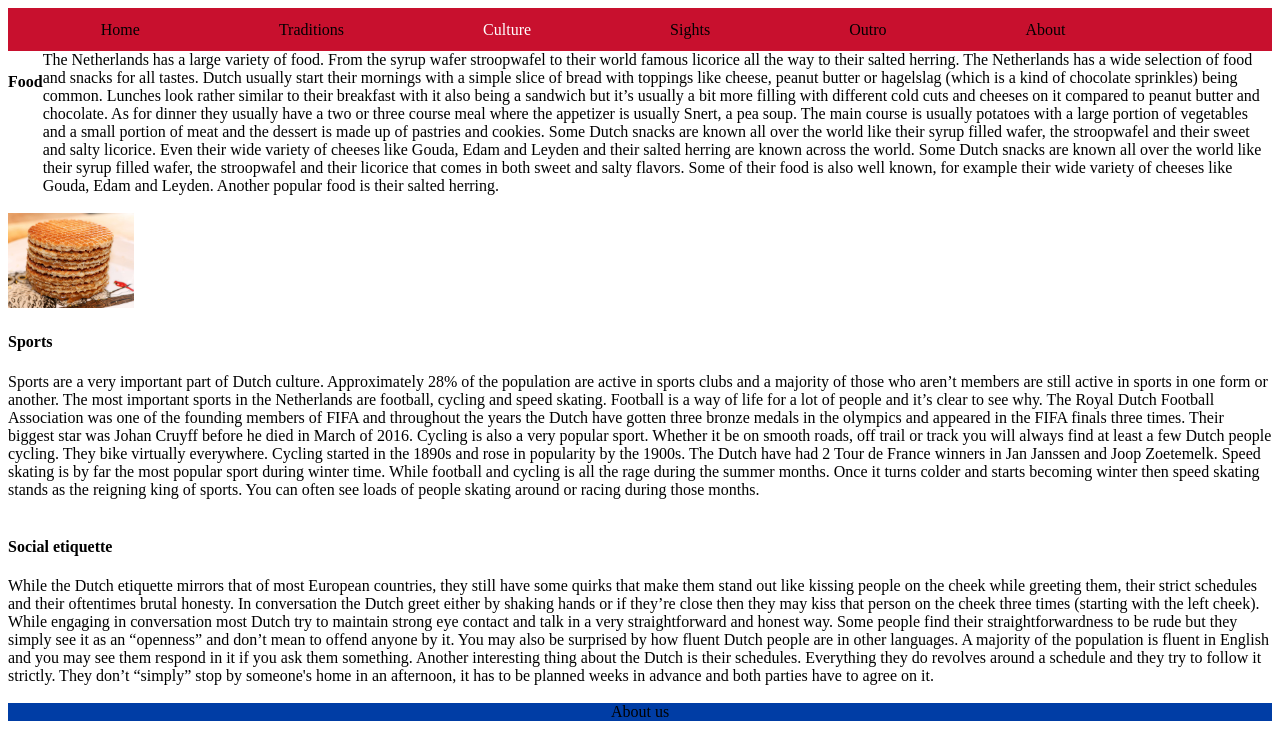
Repository: Cornman63/The-netherlands
Page: culture.html
These files come from the project's save history. The page is drawn as it stood at one moment and after the next save; the edit follows.
The browser window is 1280 px wide. The pictures show the whole page.

Above is the page before, as saved 2023-05-23 10:00:05.

### culture.html
<!DOCTYPE html>
<html lang="en">
<head>
    <meta charset="UTF-8">
    <meta http-equiv="X-UA-Compatible" content="IE=edge">
    <meta name="viewport" content="width=device-width, initial-scale=1.0">
    <link rel="stylesheet" href="style.css">
    <title>Visit the Netherlands</title>

</head>
<body>
    <div class="top">
        <div class="site"><a href="index.html" style="color: black" class="link">Home</a></div>
        <div class="site"><a href="traditions.html" style="color:black" class="link">Traditions</a></div>
        <div class="site"><a href="culture.html" style="color: white" class="link">Culture</a></div>
        <div class="site"><a href="sights.html" style="color:black" class="link">Sights</a></div>
        <div class="site"><a href="outro.html" style="color:black" class="link">Outro</a></div>
        <div class="site"><a href="about.html" style="color:black" class="link">About</a></div>
    </div>
    <div class="text">
        <div class="food1">
        <div class="food">
            <h4>Food</h4>

            The Netherlands has a large variety of food. From the syrup wafer stroopwafel to their world famous licorice all the way to their salted herring. The Netherlands has a wide selection of food and snacks for all tastes.

            Dutch usually start their mornings with a simple slice of bread with toppings like cheese, peanut butter or hagelslag (which is a kind of chocolate sprinkles) being common. Lunches look rather similar to their breakfast with it also being a sandwich but it’s usually a bit more filling with different cold cuts and cheeses on it compared to peanut butter and chocolate. As for dinner they usually have a two or three course meal where the appetizer is usually Snert, a pea soup. The main course is usually potatoes with a large portion of vegetables and a small portion of meat and the dessert is made up of pastries and cookies.

            Some Dutch snacks are known all over the world like their syrup filled wafer, the stroopwafel and their sweet and salty licorice. Even their wide variety of cheeses like Gouda, Edam and Leyden and their salted herring are known across the world.

            Some Dutch snacks are known all over the world like their syrup filled wafer, the stroopwafel and their licorice that comes in both sweet and salty flavors. Some of their food is also well known, for example their wide variety of cheeses like Gouda, Edam and Leyden. Another popular food is their salted herring.
            <br><br>
        </div>
        <img src="images\stroopwafel.jpg" alt="stroopwafel" id="wafel">
        </div>

        <div class="sports">
            <h4>Sports</h4>

            Sports are a very important part of Dutch culture. Approximately 28% of the population are active in sports clubs and a majority of those who aren’t members are still active in sports in one form or another. The most important sports in the Netherlands are football, cycling and speed skating.

            Football is a way of life for a lot of people and it’s clear to see why. The Royal Dutch Football Association was one of the founding members of FIFA and throughout the years the Dutch have gotten three bronze medals in the olympics and appeared in the FIFA finals three times. Their biggest star was Johan Cruyff before he died in March of 2016.

            Cycling is also a very popular sport. Whether it be on smooth roads, off trail or track you will always find at least a few Dutch people cycling. They bike virtually everywhere. Cycling started in the 1890s and rose in popularity by the 1900s. The Dutch have had 2 Tour de France winners in Jan Janssen and Joop Zoetemelk.

            Speed skating is by far the most popular sport during winter time. While football and cycling is all the rage during the summer months. Once it turns colder and starts becoming winter then speed skating stands as the reigning king of sports. You can often see loads of people skating around or racing during those months.
            <br><br>
        </div>
        <div class="socialeq">
            <h4>Social etiquette</h4>

            While the Dutch etiquette mirrors that of most European countries, they still have some quirks that make them stand out like kissing people on the cheek while greeting them, their strict schedules and their oftentimes brutal honesty.

            In conversation the Dutch greet either by shaking hands or if they’re close then they may kiss that person on the cheek three times (starting with the left cheek). While engaging in conversation most Dutch try to maintain strong eye contact and talk in a very straightforward and honest way. Some people find their straightforwardness to be rude but they simply see it as an “openness” and don’t mean to offend anyone by it. You may also be surprised by how fluent Dutch people are in other languages. A majority of the population is fluent in English and you may see them respond in it if you ask them something.

            Another interesting thing about the Dutch is their schedules. Everything they do revolves around a schedule and they try to follow it strictly. They don’t “simply” stop by someone's home in an afternoon, it has to be planned weeks in advance and both parties have to agree on it.
            <br><br>
        </div>
    </div>
    <div class="bottom">
        About us
    </div>
</body>
</html>

### style.css
.top, .bottom {
    display: flex;
    flex-direction: row;
    justify-content: center;
    align-content:center;
    background-color:#C8102E;
}
.bottom{
    background-color: #003DA5;
    height: 520%;
}

.site {
    display: flex;
    border: 1%;
    margin: 1%;
    margin-right: 10%;
    align-content: center;
}
.link {
    text-decoration: none;
}
#wafel {
    width: 10%;
    height: 10%;
}
.food {
    display: flex;
    flex-direction: row;
}

After the next save:
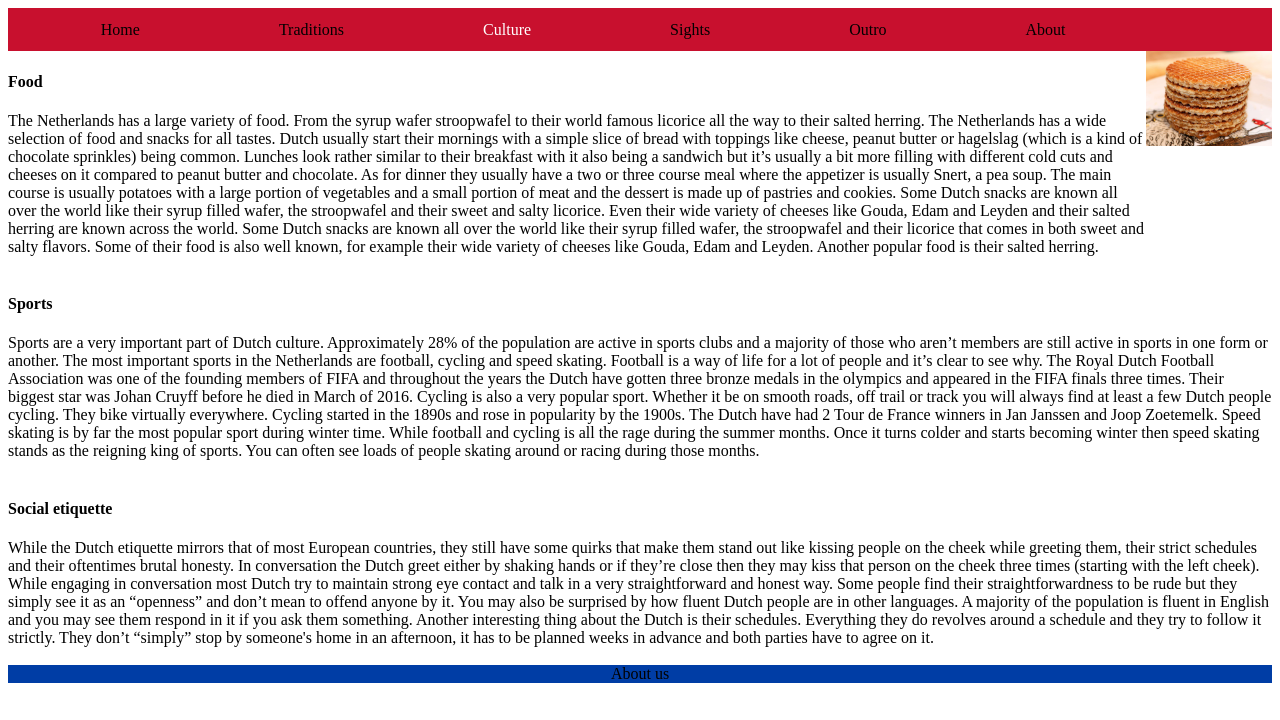
Saved 15 s later.
--- a/style.css
+++ b/style.css
@@ -24,7 +24,7 @@
     width: 10%;
     height: 10%;
 }
-.food {
+.food1 {
     display: flex;
     flex-direction: row;
 }
